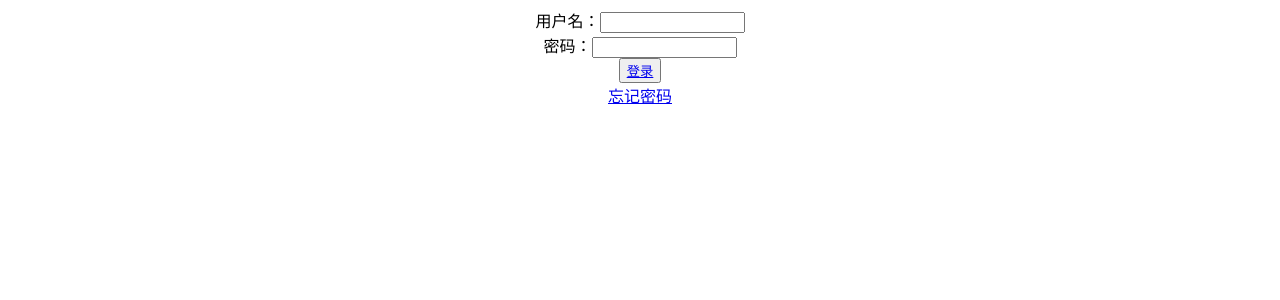
Repository: never-404/Intelligent-recommendation-system
Page: http://localhost/Intelligent-recommendation-system/log.jsp
These files come from the project's save history. The page is drawn as it stood at one moment and after the next save; the edit follows.
The browser window is 1280 px wide. The pictures show the whole page.
The page is served by Tomcat 9. Nobody is signed in. The application's start-up code is not run.

Above is the page before, as saved 2019-04-12 07:33:08.

After the next save:
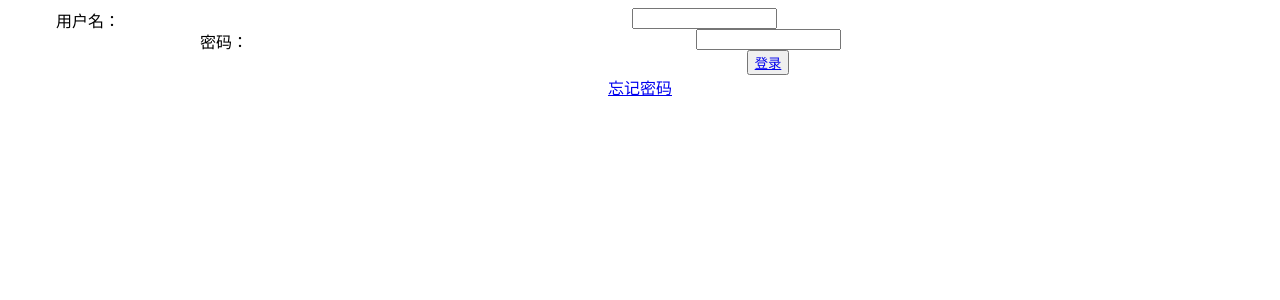
Saved 85 s later.
--- a/Intelligent-recommendation-system/WebRoot/log.jsp
+++ b/Intelligent-recommendation-system/WebRoot/log.jsp
@@ -31,10 +31,11 @@
 	</head>
 
 	<body>
-    <div class="a">用户名：<input type="text" name="number" size="15" maxlength="10">
+    <div class="a">
+    	<lable>用户名：</lable><input type="text" name="number" size="15" maxlength="10">
         <!--学号为10位-->
         <br>
-                   密码：<input type="password" name="passport" size="15" maxlength="10">
+        <lable>密码：</lable><input type="password" name="passport" size="15" maxlength="10">
         <br>
         <button id="denglu">
             <a href="#">登录</a></button>
